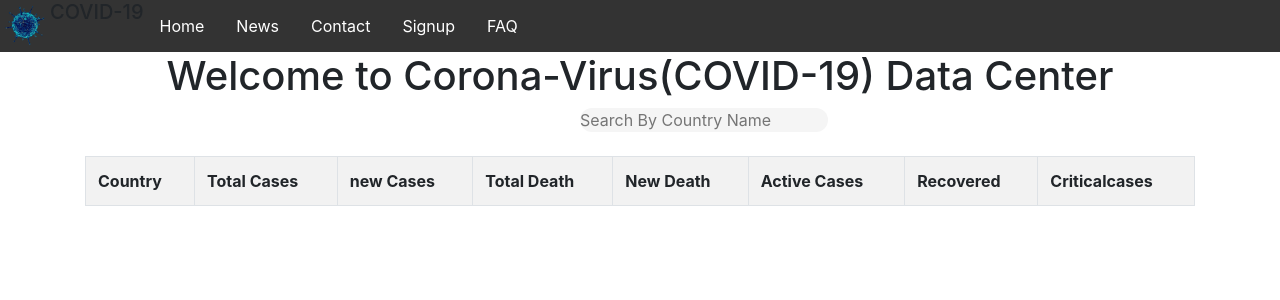
Repository: xthashankar/COVID-19-data-
Page: index.html
These files come from the project's save history. The page is drawn as it stood at one moment and after the next save; the edit follows.
The browser window is 1280 px wide. The pictures show the whole page.
The page's requests for data from a server got no answer.

Above is the page before, as saved 2020-04-15 18:56:51.

After the next save:
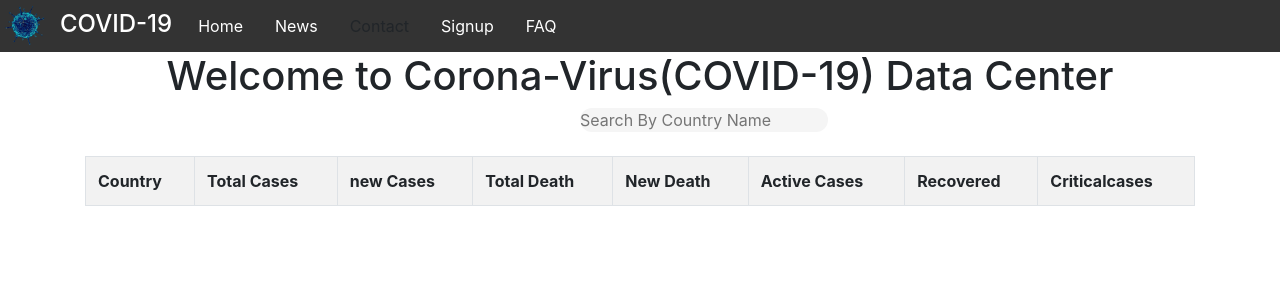
Saved 21 s later.
--- a/index.html
+++ b/index.html
@@ -13,10 +13,10 @@
 <body>
         <ul class="nav">
             <img src="image/coronavirus.png">
-             <H5>COVID-19</H5>
+             <H4>COVID-19</H4>
             <li><a  href="#">Home</a></li>
             <li><a href="#">News</a></li>
-            <li><a href="#">Contact</a></li>
+            <li><a ref="#">Contact</a></li>
             <li><a href="#">Signup</a></li>
             <div class="dropdown">
                 <button class="dropbtn">FAQ
